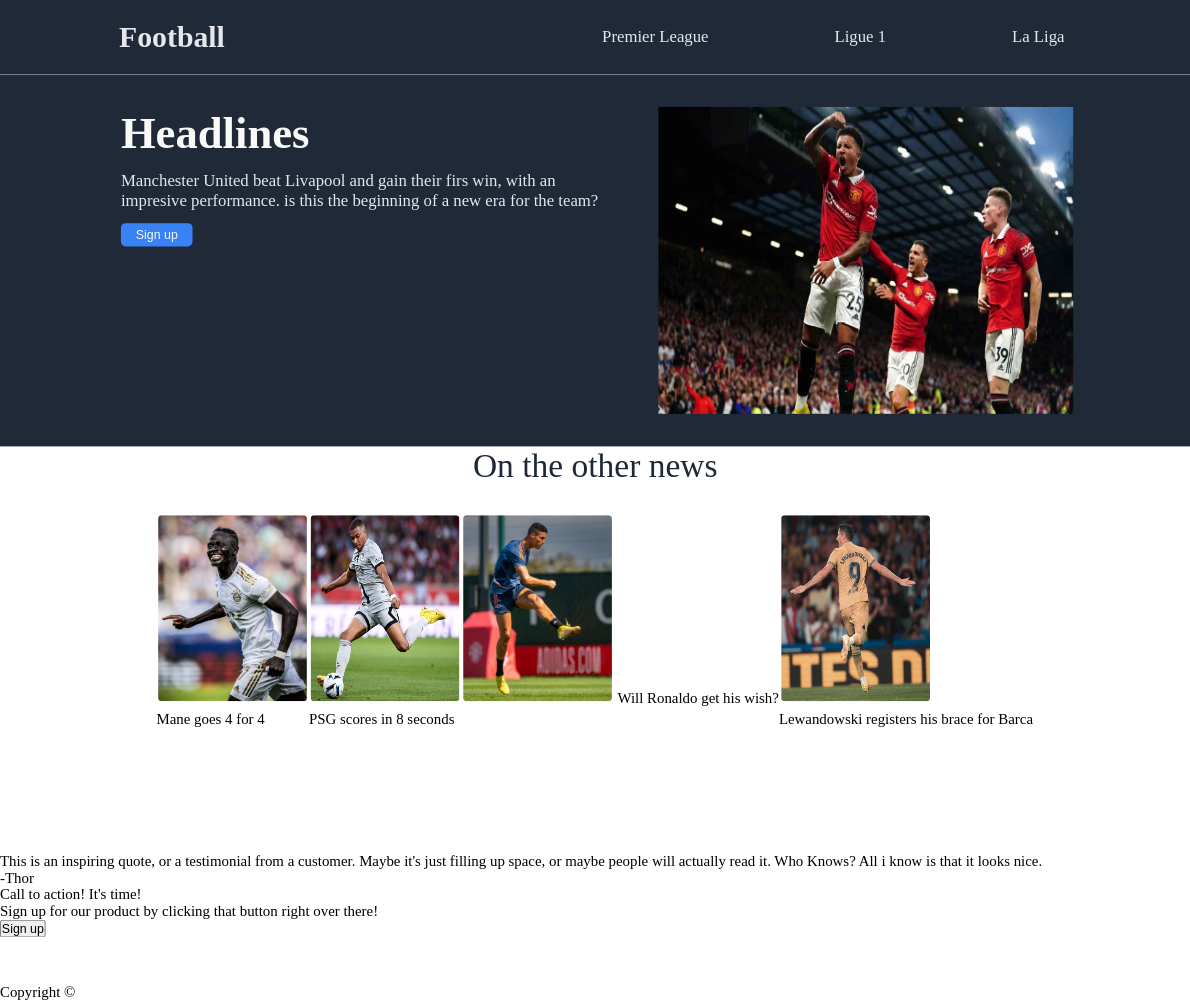
Repository: MhlengiNgubane/Brainnest_CSS
Page: index.html
These files come from the project's save history. The page is drawn as it stood at one moment and after the next save; the edit follows.
The browser window is 1280 px wide. The pictures show the whole page, at 93% of full size.

Above is the page before, as saved 2022-08-28 00:19:24.

### index.html
<!DOCTYPE html>
<html lang="en">
<head>
    <meta charset="UTF-8">
    <meta http-equiv="X-UA-Compatible" content="IE=edge">
    <meta name="viewport" content="width=device-width, initial-scale=1.0">
    <title>Home</title>

    <link rel="stylesheet" href="./css/style.css">
</head>
<body>
    <header class="logo-links">
        <h1>
            <a href="index.html">Football</a>
        </h1>
        <nav class="links">
            <a href="./pages/link1.html">Premier League</a>
            <a href="./pages/link2.html">Ligue 1</a>
            <a href="./pages/link3.html">La Liga</a>
        </nav>
    </header>
    <section class="hero">
        <aside class="hero-text">
            <h2 class="hero-text-one">Headlines</h2>
            <p class="hero-text-two">
                Manchester United beat Livapool and gain their firs win,
                with an impresive performance.
                is this the beginning of a new era for the team?
            </p>
            <button type="button" class="hero-button">Sign up</button>
        </aside>
        <aside id="hero-img">
            <img
                src="./images/ManU.png"
                alt="Manchester United"
            />
        </aside>
    </section>
    <main>
        <p class="main-header">On the other news</p>
        <section class="images">
            <figure class="main-one">
                <img
                    src="./images/mane.png"
                    alt="Sadio Mane in bundesliga"
                />
                <figcaption>
                    Mane goes 4 for 4
                </figcaption>
            </figure>
            <figure class="main-two">
                <img
                    src="./images/mbappe.png"
                    alt="Kylian Mbappe"
                />
                <figcaption>
                    PSG scores in 8 seconds
                </figcaption>
            </figure>
            <figure class="main-three">
                <img
                    src="./images/ronaldo.png"
                    alt="Cristiano Ronaldo"
                />
                <dfigcaption>
                    Will Ronaldo get his wish?
                </figcaption>
            </figure>
            <figure class="main-four">
                <img
                    src="./images/lewandowski.png"
                    alt="Robert Lewandowski"
                />
                <figcaption>
                    Lewandowski registers his brace for Barca
                </figcaption>
            </figure>
        </section>
        <section>
            <blockquote>
                This is an inspiring quote, or a testimonial from a customer.
                Maybe it's just filling up space, or maybe people will actually
                read it. Who Knows? All i know is that it looks nice.
            </blockquote>
            <p class="quote-text-auth">-Thor</p>
        </section>
        <section class="call-action">
            <p class="call-text-one">Call to action! It's time!</p>
            <p class="call-text-two">Sign up for our product by clicking that button right over there!</p>
            <side class="call-button">
                <button type="button">Sign up</button>
            </side>
        </section>
    </main>
    <footer>
        <p>Copyright ©</p>
    </footer>
</body>
</html>

### css/style.css
* {
    box-sizing: border-box;
    margin: 0;
    padding: 0;
}

header {
    position: fixed;
    left: 0;
    top: 0;
    height: 79.88px;
    width: 100%;
    color: #F9FAF8;
    display: flex;
    justify-content: space-between;
    align-items: center;
    background-color: #1F2937;
}

header h1 {
    display: flex;
    flex: 1;
    align-items: center;
    padding: 0 10%;
}

nav {
    display: flex;
    flex-direction: row;
    justify-content: space-evenly;
    color: #E5E7EB;
    font-size: 18px;
    flex: 3;
}

a {
    text-decoration: none;
    color: #E5E7EB;
}

.hero {
    margin-top: 79.88px;
    display: flex;
    flex-direction: row;
    height: 400px;
    width: 100%;
    background-color: #1F2937;
}

.hero aside {
    flex: 1;
    margin-left: 130px;
    margin-right: 20px;
    margin-top: 35px;
    margin-bottom: 35px;
}
.hero-text-one {
    color: #F9FAF8;
    font-size: 48px;
    margin: 0px;
}
.hero-text-two {
    color: #E5E7EB;
    font-size: 18px;
    margin-top: 14px;
    margin-bottom: 14px;
}
.hero-button {
    background-color: #3882F6;
    border-radius: 5px;
    color: #F9FAF8;
    border:none;
    padding: 5px 16px;
}
#hero-img {
    flex: 1;
    margin-left: 20px;
    margin-right: 35px;
    margin-top: 35px;
    margin-bottom: 45px;
    height: 330px;
    width: 400px;
}
#hero-img img {
    height: 330px;
    width: 446.5px;
}
main {
    margin-bottom: 50px;
}
.main-header {
    color: #1F2937;
    text-align: center;
    font-size: 36px;
}
.images {
    display: flex;
    flex-direction: row;
    justify-content: center;
    height: 350px;
    width: 100%;
    padding-top: 30px;
    padding-bottom: 30px;
    margin-bottom: 45px;
}
figure img {
    height: 200px;
    width: 160px;
    border-radius: 4px;
    margin: 2px
}
figure figcaption {
    margin-top: 5px;
    margin-bottom: 0px;
    margin-right: 1px;
}

After the next save:
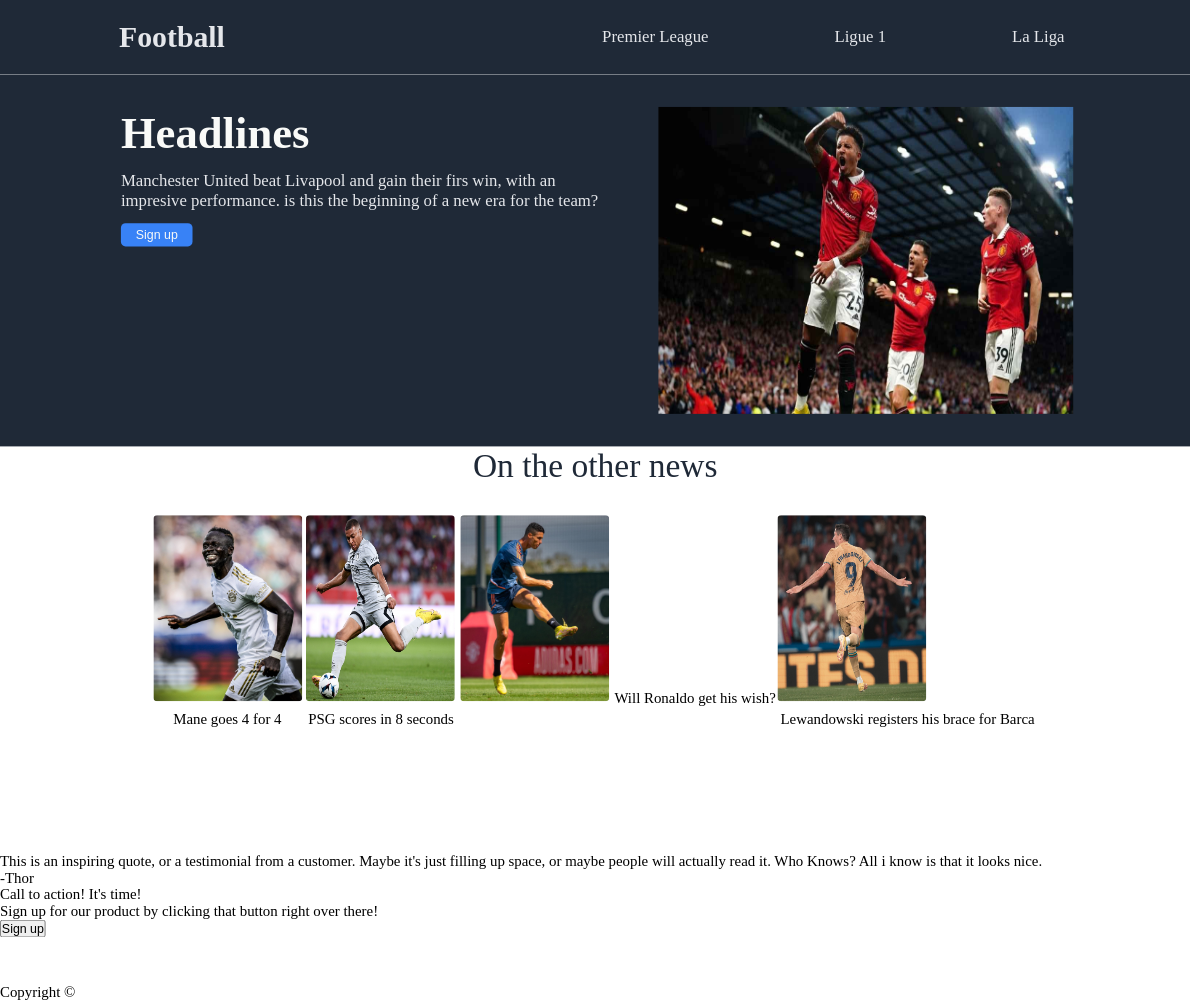
Saved 71 s later.
--- a/css/style.css
+++ b/css/style.css
@@ -109,8 +109,7 @@
     border-radius: 4px;
     margin: 2px
 }
-figure figcaption {
-    margin-top: 5px;
-    margin-bottom: 0px;
-    margin-right: 1px;
+figcaption{
+    padding: 5px;
+    text-align: center;
 }
